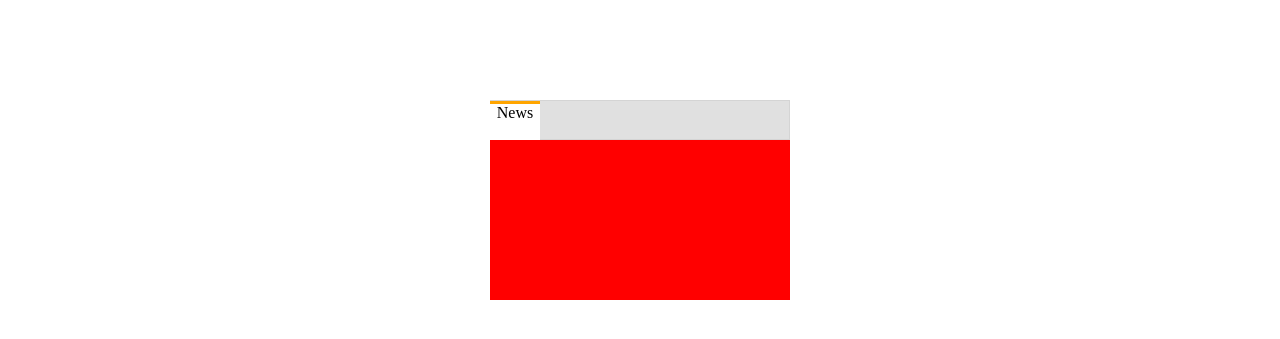
Repository: 2077Alex/Frond_End_Practice
Page: day05/00-课堂作业/20-综合案例二-新闻列表/p.html
The author's editor kept a copy of each file at every save. The page is drawn from the files as they stood at one save, then again after the next save.
The browser window is 1280 px wide. The pictures show the whole page.

Above is the page before, as saved 2024-06-05 19:13:49.

### day05/00-课堂作业/20-综合案例二-新闻列表/p.html
<!DOCTYPE html>
<html lang="en">
<head>
    <meta charset="UTF-8">
    <meta name="viewport" content="width=device-width, initial-scale=1.0">
    <title>Document</title>
    <style>
        *{
            margin: 0;
            padding: 0;
            box-sizing: border-box;
        }
        li{
            list-style: none;
        }
        .WBox{
            margin: 0 auto;
            margin-top: 100px;
            height: 200px;
            width: 300px;
            background-color: red;
        }
        .hBox{
            background-color: rgb(224, 224, 224);
            height: 40px;
            border: 1px solid rgb(212, 212, 212);
            border-left: 0px;
        }
        .hBox div{
            background-color: white;
            width: 50px;
            height: 39px;
            border-top: 3px solid orange;
            text-align: center;
            line-height: ;
        }
        .hBox div a{
            text-decoration: none;
            color: black;
        }
        .bdBox{
        }
    </style>
</head>
<body>
    <div class="WBox">
        <div class="hBox">
            <div>
                <a href="#">News</a>
            </div>
        </div>

        <div class="bdBox">

        </div>
    </div>
</body>
</html>

After the next save:
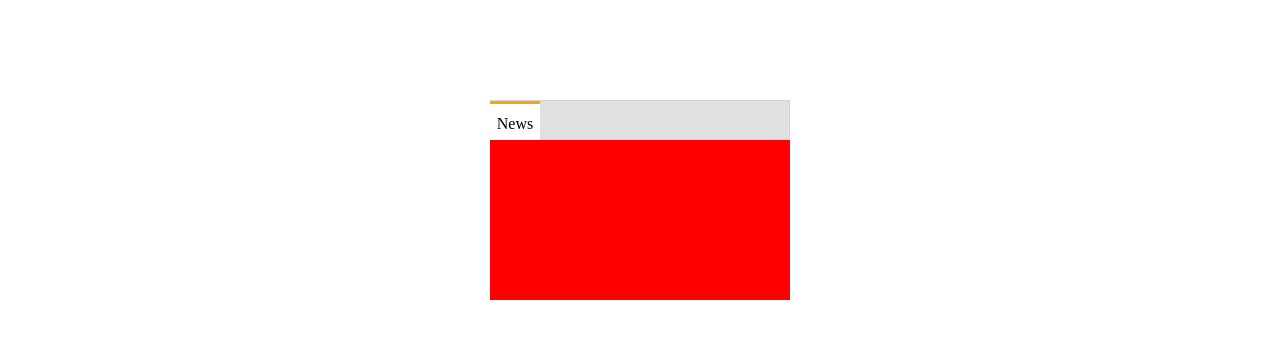
Saved 7 s later.
--- a/day05/00-课堂作业/20-综合案例二-新闻列表/p.html
+++ b/day05/00-课堂作业/20-综合案例二-新闻列表/p.html
@@ -32,7 +32,7 @@
             height: 39px;
             border-top: 3px solid orange;
             text-align: center;
-            line-height: ;
+            line-height: 39px;
         }
         .hBox div a{
             text-decoration: none;
